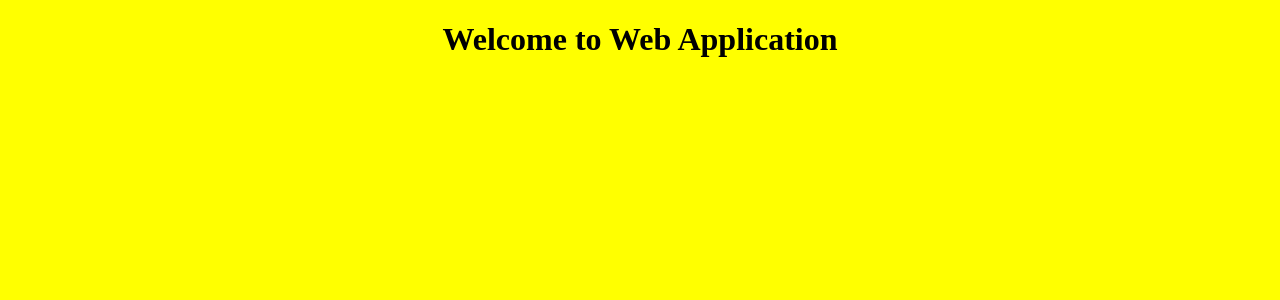
Repository: Thaneshwara848/Hibernate_BackEnd
Page: WedDemo1/src/main/webapp/HomePage.html
The author's editor kept a copy of each file at every save. The page is drawn from the files as they stood at one save, then again after the next save.
The browser window is 1280 px wide. The pictures show the whole page.

Above is the page before, as saved 2022-11-06 15:05:50.

### WedDemo1/src/main/webapp/HomePage.html
<!DOCTYPE html>
<html>
<head>
<meta charset="UTF-8">
<title>Insert title here</title>
</head>
<body bgcolor="yellow">
			<center>
				<h1>Welcome to Web Application </h1>


			</center>

</body>
</html>

After the next save:
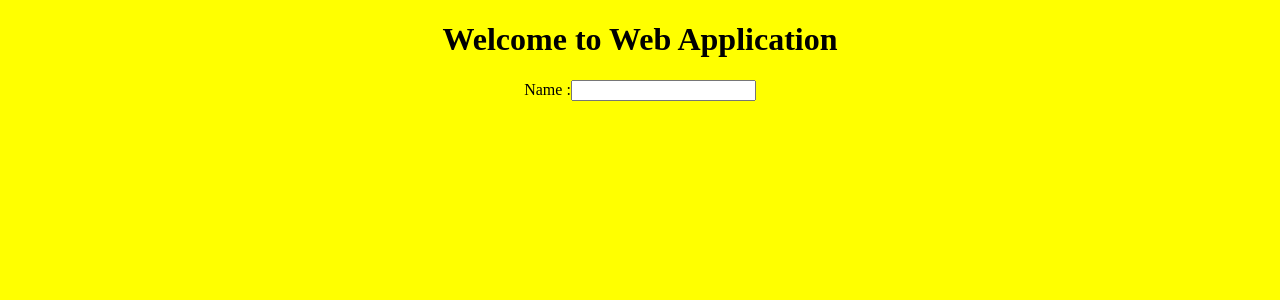
Saved 36 s later.
--- a/WedDemo1/src/main/webapp/HomePage.html
+++ b/WedDemo1/src/main/webapp/HomePage.html
@@ -7,7 +7,7 @@
 <body bgcolor="yellow">
 			<center>
 				<h1>Welcome to Web Application </h1>
-
+				Name  :<input type="text" name="uname">
 
 			</center>
 
